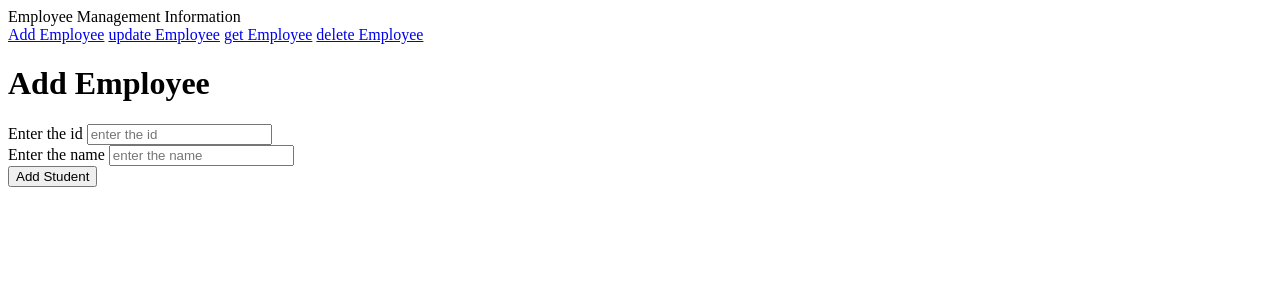
Repository: Anandnand/Web-Application
Page: http://localhost/updateEmployee
These files come from the project's save history. The page is drawn as it stood at one moment and after the next save; the edit follows.
The browser window is 1280 px wide. The pictures show the whole page.
The page is this project's Thymeleaf template; nobody is signed in. The template is opened directly, without the code that normally fills it, so the values that code supplies are empty.

Above is the page before, as saved 2024-03-26 06:56:11.

After the next save:
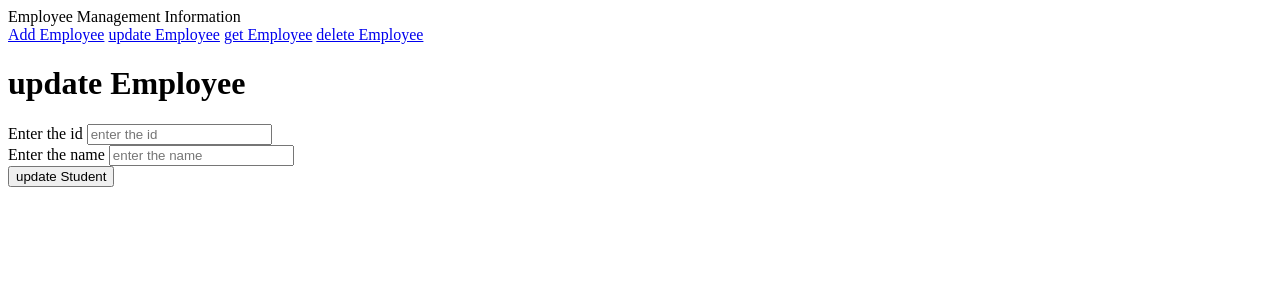
Saved 16 s later.
--- a/EmployeeInterview/src/main/resources/templates/updateEmployee.html
+++ b/EmployeeInterview/src/main/resources/templates/updateEmployee.html
@@ -16,7 +16,7 @@
 		</nav>
 	</div>
 	<div>
-		<h1>Add Employee</h1>
+		<h1>update Employee</h1>
 	</div>
 
 	<div>
@@ -28,7 +28,7 @@
 	<label>Enter the name</label>
 	<input type="text" name="name" class="add"  placeholder="enter the name">
 	<br>
-	<input type="submit" name="submit" class="add" value="Add Student">
+	<input type="submit" name="submit" class="add" value="update Student">
 	</form>
 	</div>
 
